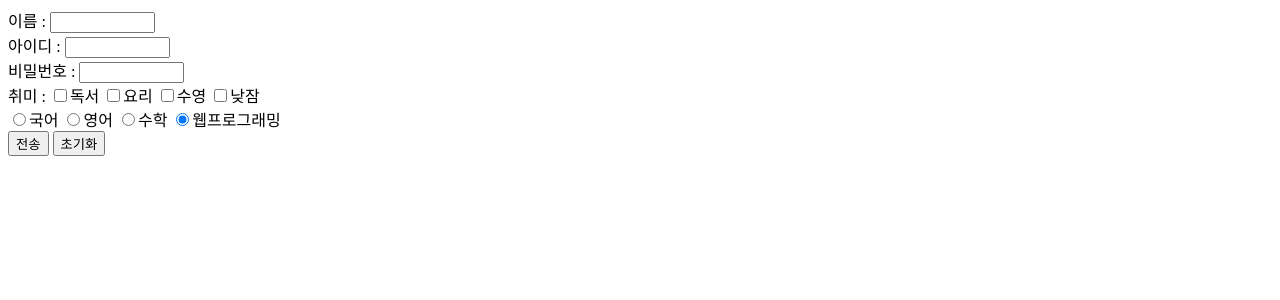
Repository: Kanghanna/One-Pick
Page: http://localhost/StartJSP/servletForm.jsp
These files come from the project's save history. The page is drawn as it stood at one moment and after the next save; the edit follows.
The browser window is 1280 px wide. The pictures show the whole page.
The page is served by Tomcat 9.

Above is the page before, as saved 2019-03-28 02:06:55.

After the next save:
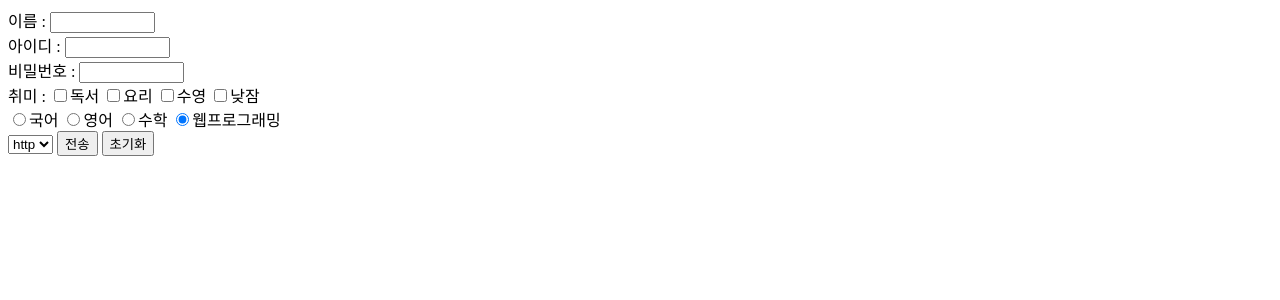
Saved 32 s later.
--- a/StartJSP/WebContent/servletForm.jsp
+++ b/StartJSP/WebContent/servletForm.jsp
@@ -22,7 +22,9 @@
  <input type = "radio" name = "major" value = "mat">수학
  <input type = "radio" name = "major" value = "jsp" checked>웹프로그래밍
  <br>
-
+ <select name = "protocol">
+ 	<option value = "http">http</option>
+ </select>
  <input type = "submit" value = "전송">
  <input type = "reset" value = "초기화">
 </form>
